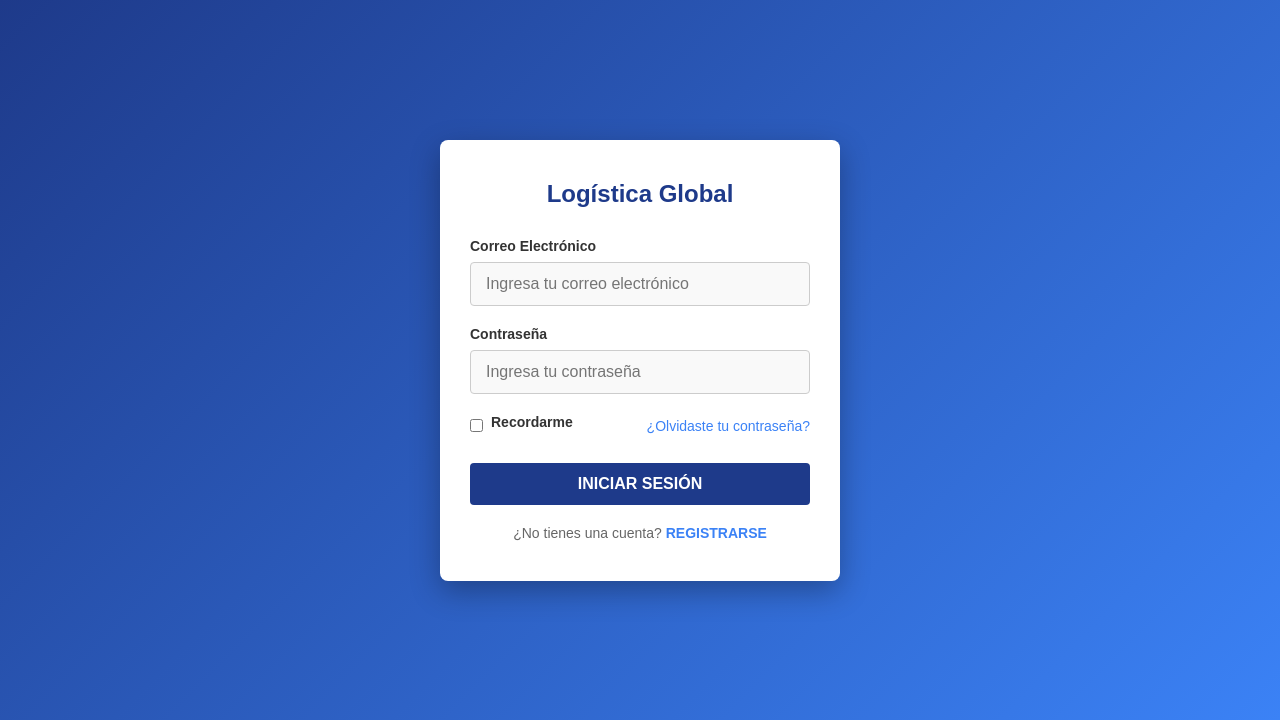
Repository: KeviNozh/Logistica2
Page: transporte/templates/transporte/login.html
These files come from the project's save history. The page is drawn as it stood at one moment and after the next save; the edit follows.
The browser window is 1280 px wide. The pictures show the whole page.

Above is the page before, as saved 2025-11-12 22:55:53.

After the next save:
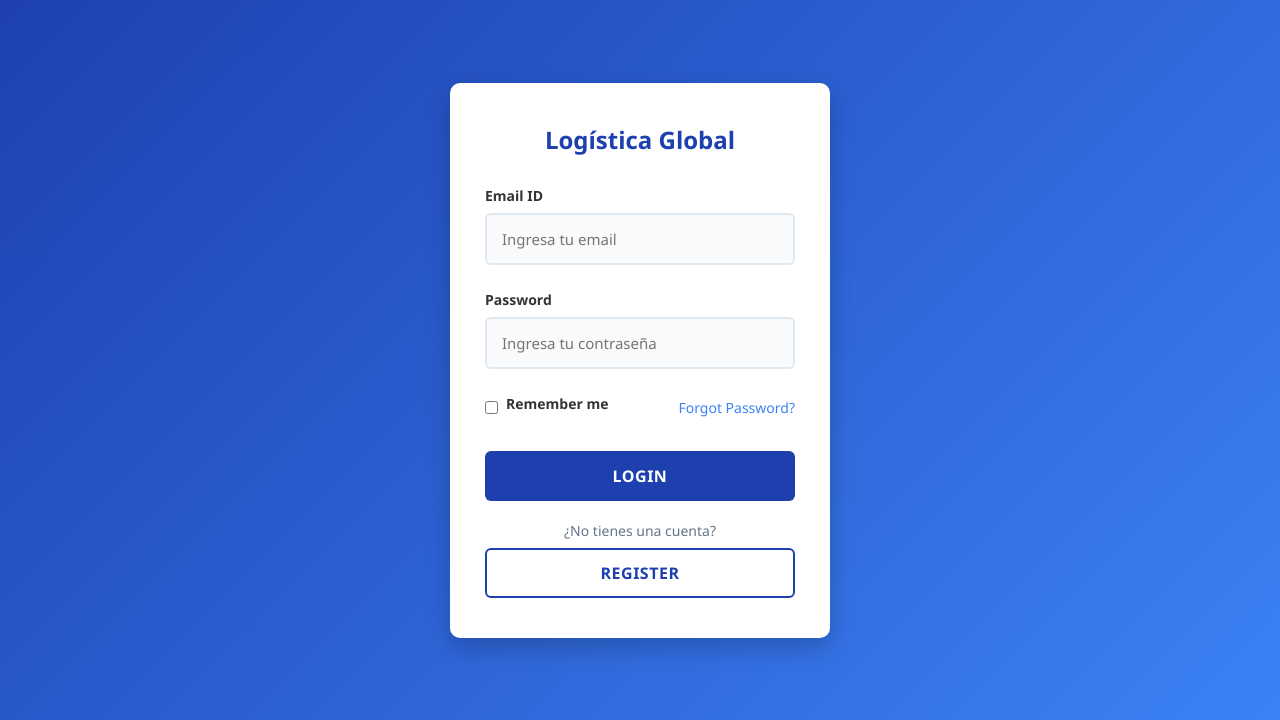
Saved 2 min 57 s later.
--- a/transporte/templates/transporte/login.html
+++ b/transporte/templates/transporte/login.html
@@ -9,11 +9,11 @@
             margin: 0;
             padding: 0;
             box-sizing: border-box;
-            font-family: 'Arial', sans-serif;
+            font-family: 'Segoe UI', Arial, sans-serif;
         }
 
         body {
-            background: linear-gradient(135deg, #1e3a8a 0%, #3b82f6 100%);
+            background: linear-gradient(135deg, #1e40af 0%, #3b82f6 100%);
             min-height: 100vh;
             display: flex;
             justify-content: center;
@@ -23,11 +23,11 @@
 
         .login-container {
             background-color: white;
-            border-radius: 8px;
-            box-shadow: 0 10px 30px rgba(0, 0, 0, 0.3);
+            border-radius: 10px;
+            box-shadow: 0 10px 25px rgba(0, 0, 0, 0.2);
             width: 100%;
-            max-width: 400px;
-            padding: 40px 30px;
+            max-width: 380px;
+            padding: 40px 35px;
         }
 
         .logo {
@@ -36,32 +36,33 @@
         }
 
         .logo h1 {
-            color: #1e3a8a;
+            color: #1e40af;
             font-size: 24px;
-            font-weight: bold;
+            font-weight: 700;
             margin-bottom: 5px;
         }
 
         .form-group {
-            margin-bottom: 20px;
+            margin-bottom: 25px;
         }
 
         label {
             display: block;
             margin-bottom: 8px;
             color: #333;
-            font-weight: bold;
+            font-weight: 600;
             font-size: 14px;
         }
 
         input[type="text"],
         input[type="password"] {
             width: 100%;
-            padding: 12px 15px;
-            border: 1px solid #ccc;
-            border-radius: 4px;
-            font-size: 16px;
-            background-color: #f9f9f9;
+            padding: 14px 15px;
+            border: 2px solid #e2e8f0;
+            border-radius: 6px;
+            font-size: 15px;
+            background-color: #f8fafc;
+            transition: all 0.3s;
         }
 
         input[type="text"]:focus,
@@ -69,13 +70,14 @@
             outline: none;
             border-color: #3b82f6;
             background-color: white;
+            box-shadow: 0 0 0 3px rgba(59, 130, 246, 0.1);
         }
 
         .options {
             display: flex;
             justify-content: space-between;
             align-items: center;
-            margin-bottom: 25px;
+            margin-bottom: 30px;
             font-size: 14px;
         }
 
@@ -86,11 +88,13 @@
 
         .remember input {
             margin-right: 8px;
+            accent-color: #1e40af;
         }
 
         .forgot-password {
             color: #3b82f6;
             text-decoration: none;
+            font-weight: 500;
         }
 
         .forgot-password:hover {
@@ -99,36 +103,52 @@
 
         .login-btn {
             width: 100%;
-            padding: 12px;
-            background-color: #1e3a8a;
+            padding: 14px;
+            background-color: #1e40af;
             color: white;
             border: none;
-            border-radius: 4px;
+            border-radius: 6px;
             font-size: 16px;
-            font-weight: bold;
+            font-weight: 600;
             cursor: pointer;
             margin-bottom: 20px;
             transition: background-color 0.3s;
+            letter-spacing: 0.5px;
         }
 
         .login-btn:hover {
-            background-color: #3b82f6;
+            background-color: #2563eb;
         }
 
-        .register-link {
+        .register-container {
             text-align: center;
-            font-size: 14px;
-            color: #666;
         }
 
-        .register-link a {
-            color: #3b82f6;
-            text-decoration: none;
-            font-weight: bold;
+        .register-text {
+            color: #64748b;
+            font-size: 14px;
+            margin-bottom: 8px;
         }
 
-        .register-link a:hover {
-            text-decoration: underline;
+        .register-btn {
+            display: inline-block;
+            width: 100%;
+            padding: 12px;
+            background-color: transparent;
+            color: #1e40af;
+            border: 2px solid #1e40af;
+            border-radius: 6px;
+            font-size: 16px;
+            font-weight: 600;
+            cursor: pointer;
+            text-decoration: none;
+            transition: all 0.3s;
+            letter-spacing: 0.5px;
+        }
+
+        .register-btn:hover {
+            background-color: #1e40af;
+            color: white;
         }
     </style>
 </head>
@@ -140,27 +160,28 @@
 
         <form>
             <div class="form-group">
-                <label for="email">Correo Electrónico</label>
-                <input type="text" id="email" placeholder="Ingresa tu correo electrónico">
+                <label for="email">Email ID</label>
+                <input type="text" id="email" placeholder="Ingresa tu email">
             </div>
 
             <div class="form-group">
-                <label for="password">Contraseña</label>
+                <label for="password">Password</label>
                 <input type="password" id="password" placeholder="Ingresa tu contraseña">
             </div>
 
             <div class="options">
                 <div class="remember">
                     <input type="checkbox" id="remember">
-                    <label for="remember">Recordarme</label>
+                    <label for="remember">Remember me</label>
                 </div>
-                <a href="#" class="forgot-password">¿Olvidaste tu contraseña?</a>
+                <a href="#" class="forgot-password">Forgot Password?</a>
             </div>
 
-            <button type="submit" class="login-btn">INICIAR SESIÓN</button>
+            <button type="submit" class="login-btn">LOGIN</button>
 
-            <div class="register-link">
-                ¿No tienes una cuenta? <a href="#">REGISTRARSE</a>
+            <div class="register-container">
+                <div class="register-text">¿No tienes una cuenta?</div>
+                <a href="#" class="register-btn">REGISTER</a>
             </div>
         </form>
     </div>
